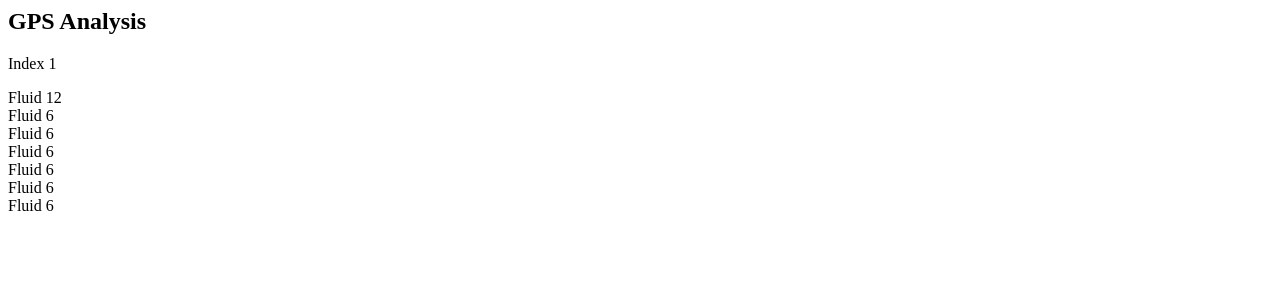
Repository: hanjangchen/Raspberry
Page: prjGAEGPSAnalysis/prjGPSAnalysis/src/static/my_ng_templates/desktop/index_1.html
An editor plug-in stored every save of this project. The page is shown before and after the next save, followed by the edit.
The browser window is 1280 px wide. The pictures show the whole page.

Above is the page before, as saved 2014-10-17 18:23:38.

After the next save:
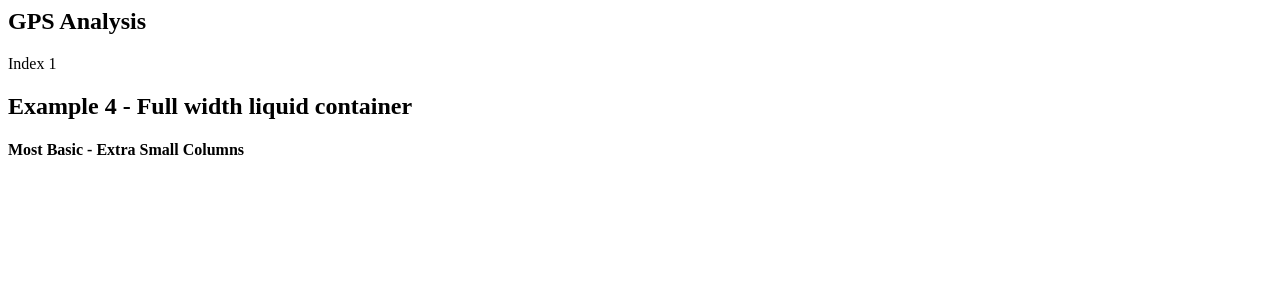
Saved 105 min 43 s later.
--- a/prjGAEGPSAnalysis/prjGPSAnalysis/src/static/my_ng_templates/desktop/index_1.html
+++ b/prjGAEGPSAnalysis/prjGPSAnalysis/src/static/my_ng_templates/desktop/index_1.html
@@ -10,25 +10,23 @@
 
 	<!--  -->
 	<div class="container-fluid">
-		<div class="row">
-			<div class="span12">
-				Fluid 12
-				<div class="row">
-					<div class="span6">Fluid 6</div>
-					<div class="span6">Fluid 6</div>
-				</div>
-
-				<div class="row">
-					<div class="span6">
-						Fluid 6
-						<div class="row">
-							<div class="span6">Fluid 6</div>
-							<div class="span6">Fluid 6</div>
-						</div>
-					</div>
-					<div class="span6">Fluid 6</div>
-				</div>
-			</div>
-		</div>
+		<div class="container-liquid text">
+      <div class="row">
+        <div class="col-sm-12">
+          <h2>Example 4 - Full width liquid container</h2>
+        </div>
+      </div>
+    </div>
+    <div class="container-liquid">
+      <div class="row">
+        <div class="col-sm-12">
+          <h4>Most Basic - Extra Small Columns</h4>
+        </div>
+      </div>
+      <div class="row">
+        <div class="col-xs-6 example-block"></div>
+        <div class="col-xs-6 example-block alt"></div>
+      </div>
+    </div>
 	</div>
 </div>
